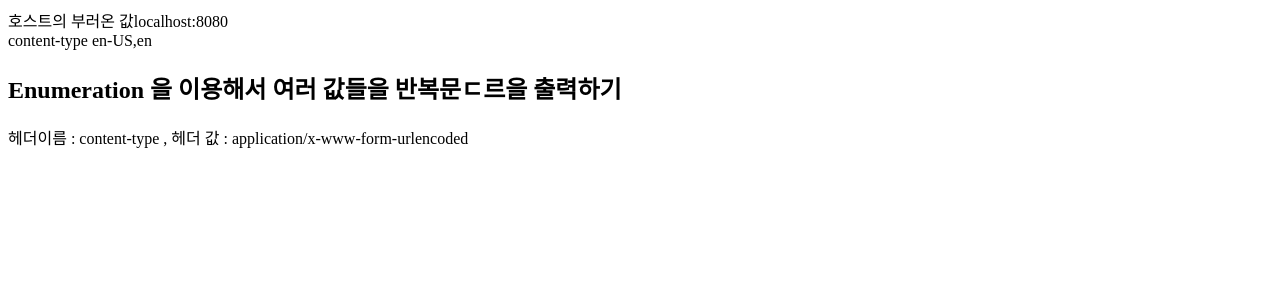
Repository: hodob/JSP_Practice
Page: http://localhost/JSP_WebMarket_JJH/ch05_ex/ex1.jsp
An editor plug-in stored every save of this project. The page is shown before and after the next save, followed by the edit.
The browser window is 1280 px wide. The pictures show the whole page.
The page is served by Tomcat 9.

Above is the page before, as saved 2022-08-10 02:06:01.

After the next save:
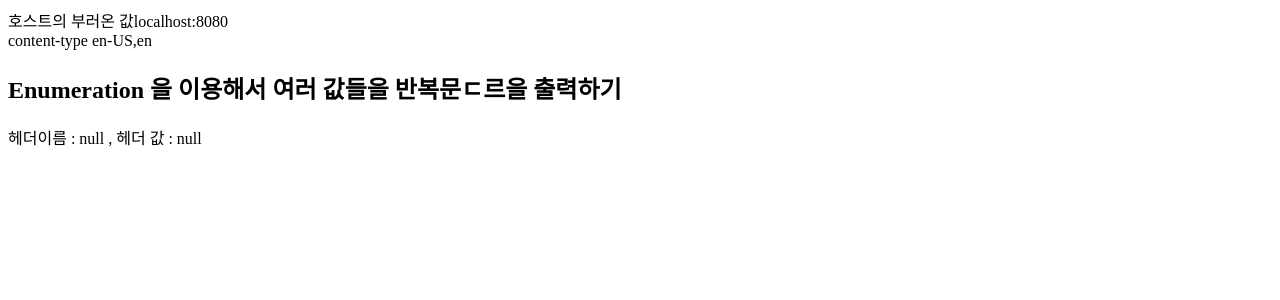
Saved 2 min 48 s later.
--- a/JSP_WebMarket_JJH/WebContent/ch05_ex/ex1.jsp
+++ b/JSP_WebMarket_JJH/WebContent/ch05_ex/ex1.jsp
@@ -18,22 +18,21 @@
 <%! String headerName;
 String headerValue;%>
 
-
-
-
-
 <%
-Enumeration en =request.getHeaderNames();
 String hostValue = request.getHeader("host");
 String ctValue = request.getHeader("accept-language");
 %>
+
 호스트의 부러온 값<%= hostValue %> <br>
 content-type <%=ctValue%>
+
+
 <h2> Enumeration 을 이용해서 여러 값들을 반복문ㄷ르을 출력하기 </h2>
 <%
+Enumeration en =request.getHeaderNames();
 while(en.hasMoreElements()){
-	 headerName = (String)en.nextElement(); //nextEl -- 원소를 가져오는 것을 의미한다.
-	 headerValue = (String)request.getHeader(headerName);  //키값으로 value 값 저장
+	String headerName = (String)en.nextElement(); //nextEl -- 원소를 가져오는 것을 의미한다.
+	String headerValue = (String)request.getHeader(headerName);  //키값으로 value 값 저장
 }
 %>
 헤더이름 : <%= headerName %> , 헤더 값 : <%= headerValue %> <br>
